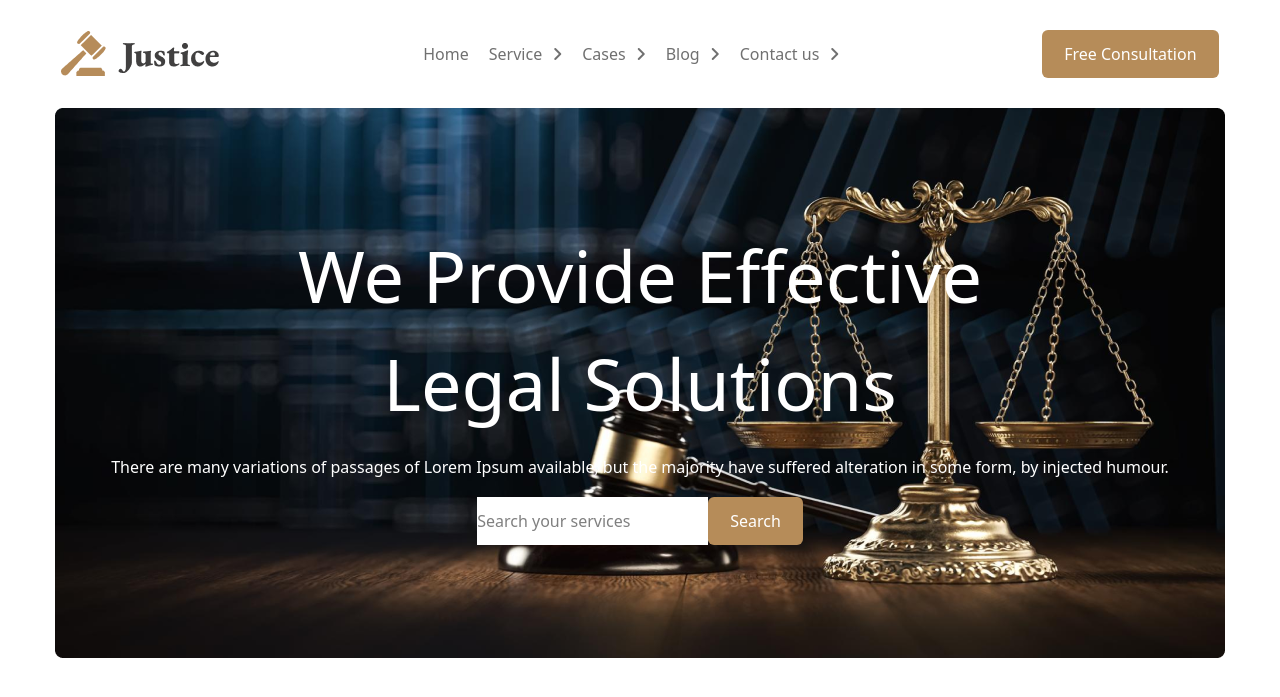
Repository: nahid-hasann/website-6
Page: index.html
These files come from the project's save history. The page is drawn as it stood at one moment and after the next save; the edit follows.
The browser window is 1280 px wide. The pictures show the whole page.

Above is the page before, as saved 2025-07-20 22:49:35.

After the next save:
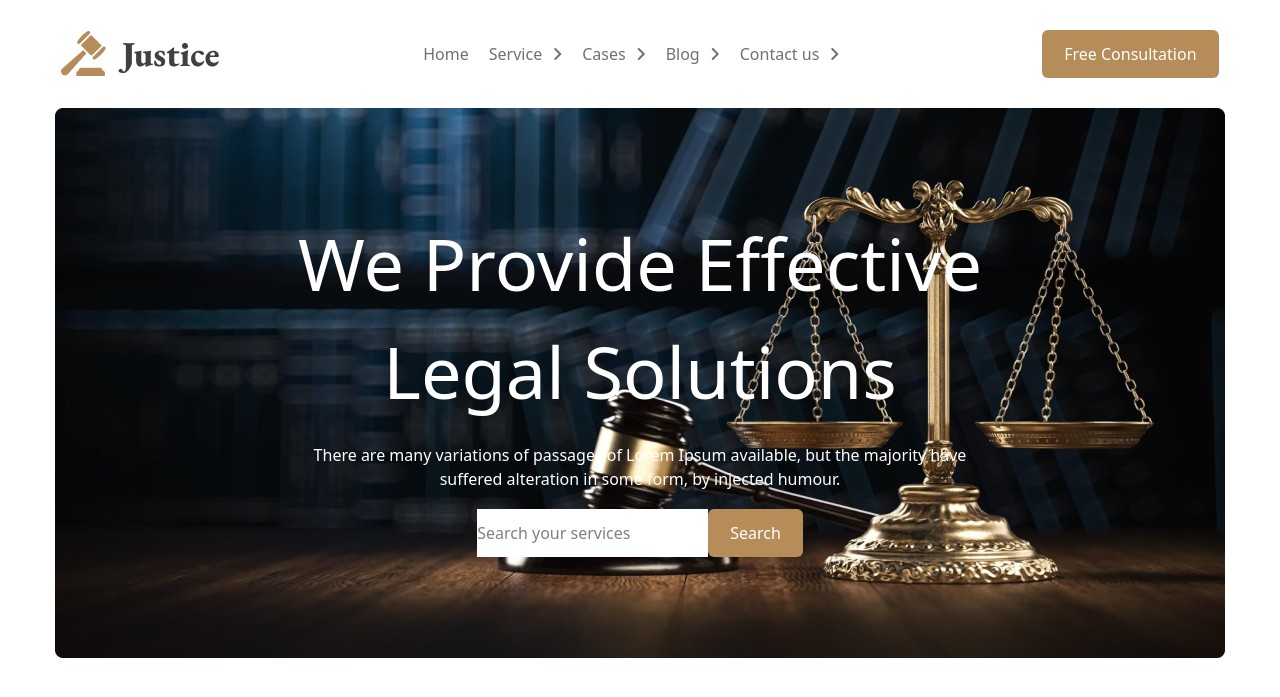
Saved 4 s later.
--- a/index.html
+++ b/index.html
@@ -31,7 +31,7 @@
 
 
 <div class="banner-img bg-[url('images/banner.png')] w-[1170px] h-[550px] mx-auto  flex flex-col items-center justify-center">
-      <div class="banner-content w-[]">
+      <div class="banner-content w-[692px]">
          <h1 class="text-[72px] text-center text-white">We Provide Effective <br> Legal Solutions</h1>
        <p class="my-[18px] text-center text-white">There are many variations of passages of Lorem Ipsum available, but the majority have suffered alteration in some form, by injected humour.</p>
        <div class="flex justify-center">

After the 2 saves that followed:
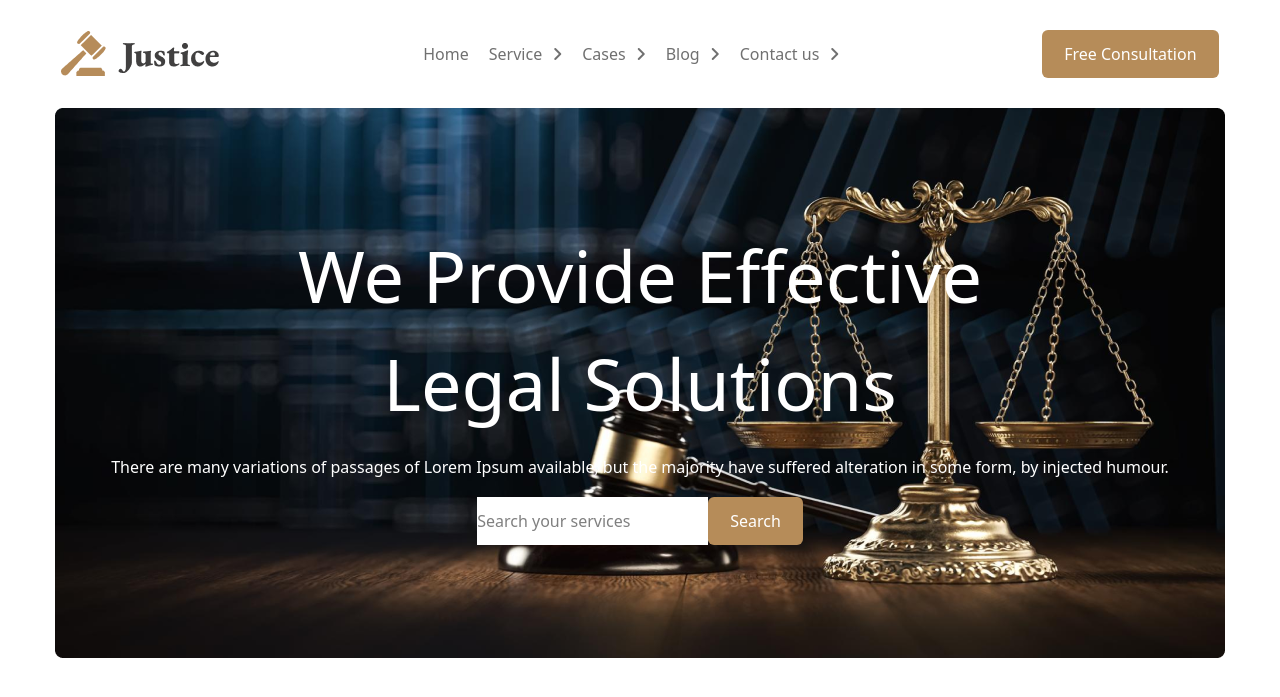
The 2 saves are shown as one change because they came seconds apart.
The last was saved 11 s later.
--- a/index.html
+++ b/index.html
@@ -31,7 +31,7 @@
 
 
 <div class="banner-img bg-[url('images/banner.png')] w-[1170px] h-[550px] mx-auto  flex flex-col items-center justify-center">
-      <div class="banner-content w-[692px]">
+      <div class="banner-content w-[692px ]">
          <h1 class="text-[72px] text-center text-white">We Provide Effective <br> Legal Solutions</h1>
        <p class="my-[18px] text-center text-white">There are many variations of passages of Lorem Ipsum available, but the majority have suffered alteration in some form, by injected humour.</p>
        <div class="flex justify-center">
